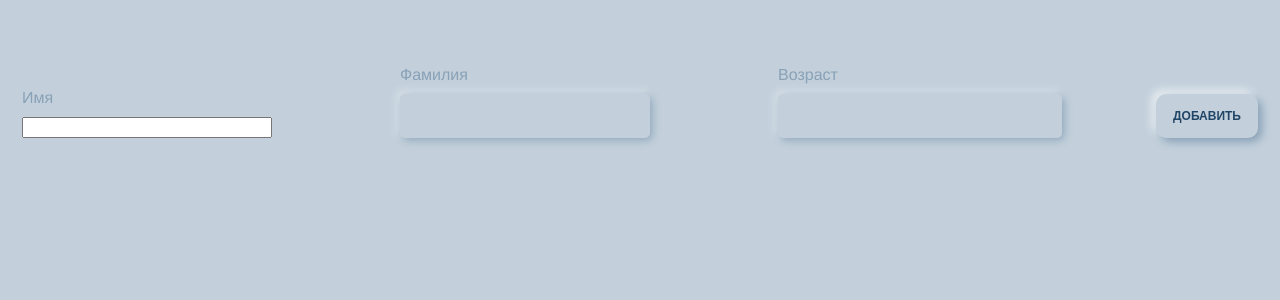
Repository: shum89/test-vue-table
Page: /
An editor plug-in stored every save of this project. The page is shown before and after the next save, followed by the edit.
The browser window is 1280 px wide. The pictures show the whole page.
The project was rebuilt for these pictures with package versions that can differ from the ones it lists, and the page was loaded fresh each time. Also part of the build but not shown: vue.config.js.

Above is the page before, as saved 2021-07-18 23:23:32.

### src/App.vue
<template>
  <FormCustom />
  <Table @remove="removeData" :list="list" />
</template>
<script>
import { uuid } from 'vue-uuid';
import { ref } from 'vue';
import FormCustom from './components/Form.vue';
import Table from './components/Table.vue';

export default {
  components: { FormCustom, Table },
  setup() {
    const list = ref([]);

    const normalizeString = (str) => {
      const result = str.charAt(0).toUpperCase() + str.slice(1).toLowerCase();
      return result;
    };

    const addData = (person) => {
      list.value.push({
        firstName: normalizeString(person.firstName),
        lastName: normalizeString(person.lastName),
        age: person.age,
        id: uuid.v1(),
      });
    };

    const removeData = (id) => {
      list.value = list.value.filter((i) => i.id !== id);
    };

    return {
      list,
      addData,
      removeData,
    };
  },
};
</script>
<script></script>

<style>
body {
  --base: #090e10;
  --base1: #ebeff3;
  --base2: #c3d0db;
  --base3: #88a1b7;
  --baseDark1: #396387;
  --baseDark2: #204566;
  --baseDark3: #152e44;
  --base-shadow: inset 0px 0px 0px var(--base3), inset 0px 0px 0px var(--base1),
    4px 4px 9px var(--base3), -4px -4px 9px var(--base1);
  --base-shadow-active: inset 4px 4px 9px var(--base3), inset -4px -4px 6px var(--base1),
    2px 2px 9px var(--base3), -2px -2px 9px var(--base1);
  --input-shadow: 2px 2px 9px var(--base3), -2px -2px 9px var(--base1);
  --input-shadow-active: inset 2px 2px 6px var(--base3), inset -2px -2px 6px var(--base1),
    1px 1px 6px var(--base3), -1px -1px 6px var(--base1);
  --shadow-transition: all 0.25s cubic-bezier(0.17, 0.67, 0.83, 0.67);
  background: var(--base2);
}
fieldset {
  border: none;
}
input:-webkit-autofill,
input:-webkit-autofill:hover,
input:-webkit-autofill:focus,
input:-webkit-autofill:active {
  -webkit-box-shadow: inset 1px 1px 1px 1000px transparent !important;
  background: -webkit-linear-gradient(
    top,
    rgba(255, 255, 255, 0) 0%,
    rgba(0, 174, 255, 0.04) 50%,
    rgba(255, 255, 255, 0) 51%,
    rgba(0, 174, 255, 0.03) 100%
  );
  box-shadow: var(--input-shadow-active);
}
#app {
  font-family: Avenir, Helvetica, Arial, sans-serif;
  -webkit-font-smoothing: antialiased;
  -moz-osx-font-smoothing: grayscale;
  text-align: center;
  color: #2c3e50;
  margin-top: 60px;
  box-sizing: border-box;
}
.table__row-group {
  display: flex;
  align-items: center;
  flex-direction: column;
}
.table__row {
  display: grid;
  gap: 5px;
  grid-template-columns: repeat(3, 1fr);
  justify-content: center;
  max-width: 500px;
  width: 100%;
}
</style>

### src/components/Form.vue
<template>
  <Form class="form" :validationSchema="schema" @submit="onSubmit">
    <fieldset class="form__fieldset">
      <TextInput name="firstName" type="text" label="Имя" />
      <!-- <label class="form__label" for="firstName">
        <span class="form__label-text">Имя</span>
        <span class="form__label-text">{{ errorMessage }}</span>
        <Field
          name="firstName"
          autocomplete="off"
          v-model="firstName"
          type="search"
          class="form__input"
          id="firstName"
        />
        <ErrorMessage class="invalid-feedback" name="contact.email" />
      </label> -->

      <label class="form__label" for="lastName">
        <span>Фамилия</span>
        <Field
          name="lastName"
          type="search"
          autocomplete="off"
          class="form__input"
          v-model="lastName"
          id="lastName"
        />
      </label>

      <label class="form__label" for="age">
        <span>Возраст</span>
        <Field
          name="age"
          autocomplete="off"
          class="form__input"
          v-model="age"
          type="number"
          id="age"
          min="0"
          step="1"
        />
      </label>

      <button class="form__submit" type="submit">Добавить</button>
    </fieldset>
  </Form>
</template>

<script>
import { Form, Field } from 'vee-validate';
import * as yup from 'yup';
import TextInput from './UI/TextInput.vue';

export default {
  setup() {
    const schema = yup.object().shape({
      firstName: yup.string().required('Поле Имя необходимо к заполнению'),
      lastName: yup.string().required('Поле Фамилия необходимо к заполнению'),
      age: yup.number().required('Поле Возраст необходимо к заполнению'),
    });

    const onSubmit = (values) => {
      console.log(JSON.stringify(values, null, 2));
    };

    return { onSubmit, schema };
  },

  name: 'FormCustom',
  components: { Form, Field, TextInput },
  inheritAttrs: false,
};
</script>

<style scoped>
.form {
  display: flex;
  width: 100%;
}
.form__label {
  display: flex;
  flex-direction: column;
  box-sizing: border-box;
  gap: 10px;
  color: var(--base3);
  flex: 1;
  max-width: 250px;
  text-align: left;
}
.form__label:focus-within {
  color: var(--baseDark2);
}
.form__input {
  border: none;
  appearance: none;
  color: var(--base3);
  width: 100%;
  border-radius: 10px;
  font-size: 15px;
  line-height: 20px;
  min-height: 20px;
  padding: 10px 15px;
  background: var(--base2);
  box-shadow: var(--input-shadow);
  border-radius: 5px;
  border: 2px solid;
  border-color: var(--base2);
  transition: var(--shadow-transition);
}
.form__input:focus-within {
  transition: var(--shadow-transition);
  box-shadow: var(--input-shadow-active);
  border-color: var(--baseDark3);
  outline: 0;
}
.form__fieldset {
  display: flex;
  justify-content: space-between;
  align-items: flex-end;
  flex: 1;
}
.form__submit {
  border-radius: 10px;
  padding: 10px 15px;
  max-width: 250px;
  font-size: 12px;
  line-height: 20px;
  font-weight: 900;
  text-transform: uppercase;
  transition: var(--shadow-transition);
  width: fit-content;
  color: var(--baseDark2);
  background: var(--base2);
  border: 2px solid var(--base2);
  box-shadow: var(--base-shadow);
}
.form__submit:active {
  outline: none;
  box-shadow: var(--base-shadow-active);
  color: var(--baseDark2);
  border-color: var(--base3);
}
.form__submit:focus {
  outline: none;
  border-color: var(--base3);
}
</style>

### src/components/Table.vue
<template>
  <div v-if="list.length > 0" class="table" role="grid" aria-colcount="3">
    <div class="table__row-group" role="rowgroup">
      <div class="table__row" role="row">
        <span role="columnheader" aria-colindex="1">First Name</span>
        <span role="columnheader" aria-colindex="2">Last Name</span>
        <span role="columnheader" aria-colindex="3">Age</span>
      </div>
    </div>
    <div class="table__row-group" role="rowgroup">
      <div class="table__row" v-for="listItems in list" :key="listItems.id" role="row">
        <div aria-colindex="1" role="gridcell">
          <span> {{ listItems.firstName }}</span>
        </div>
        <div aria-colindex="2" role="gridcell">
          <span> {{ listItems.lastName }}</span>
        </div>
        <div aria-colindex="3" role="gridcell">
          <span>{{ listItems.age }}</span>
        </div>
        <button @click="removeData(listItems.id)">X</button>
      </div>
    </div>
  </div>
</template>

<script>
export default {
  props: {
    list: Array,
  },
  setup(_, { emit }) {
    const removeData = (id) => {
      emit('remove', id);
    };
    return { removeData };
  },
  name: 'Table',
};
</script>

<style></style>

### src/components/UI/TextInput.vue
<template>
  <label :for="name" class="form__label">
    <span class="form__label-text">{{ label }}</span>
    <input
      :name="name"
      :id="name"
      :type="type"
      :value="inputValue"
      :placeholder="placeholder"
      @input="handleChange"
      @blur="handleBlur"
      @keypress="keypress"
    />
    <p class="form__label-text" v-show="errorMessage">
      {{ errorMessage }}
    </p>
  </label>
</template>

<script>
import { useField } from 'vee-validate';

export default {
  name: 'TextInput',
  props: {
    type: {
      type: String,
      default: 'text',
    },
    value: {
      type: String,
      default: '',
    },
    name: {
      type: String,
      required: true,
    },
    label: {
      type: String,
      required: true,
    },
    placeholder: {
      type: String,
      default: '',
    },
  },
  setup(props) {
    const {
      value: inputValue,
      errorMessage,
      handleBlur,
      handleChange,
      meta,
    } = useField(props.name, {
      initialValue: props.value,
    });
    const keypress = (e) => {
      if (e.key === '.' || e.key === ',' || e.key === 'e') {
        e.preventDefault();
      }
    };
    return {
      keypress,
      handleChange,
      handleBlur,
      errorMessage,
      inputValue,
      meta,
    };
  },
};
</script>

<style scoped>
.form__label {
  display: flex;
  flex-direction: column;
  box-sizing: border-box;
  gap: 10px;
  color: var(--base3);
  flex: 1;
  max-width: 250px;
  text-align: left;
}
.form__label:focus-within {
  color: var(--baseDark2);
}
.form__input {
  border: none;
  appearance: none;
  color: var(--base3);
  width: 100%;
  border-radius: 10px;
  font-size: 15px;
  line-height: 20px;
  min-height: 20px;
  padding: 10px 15px;
  background: var(--base2);
  box-shadow: var(--input-shadow);
  border-radius: 5px;
  border: 2px solid;
  border-color: var(--base2);
  transition: var(--shadow-transition);
}
.form__input:focus-within {
  transition: var(--shadow-transition);
  box-shadow: var(--input-shadow-active);
  border-color: var(--baseDark3);
  outline: 0;
}
</style>

Loaded but not shown: public/index.html (common file); src/main.js (common file)

After the next save:
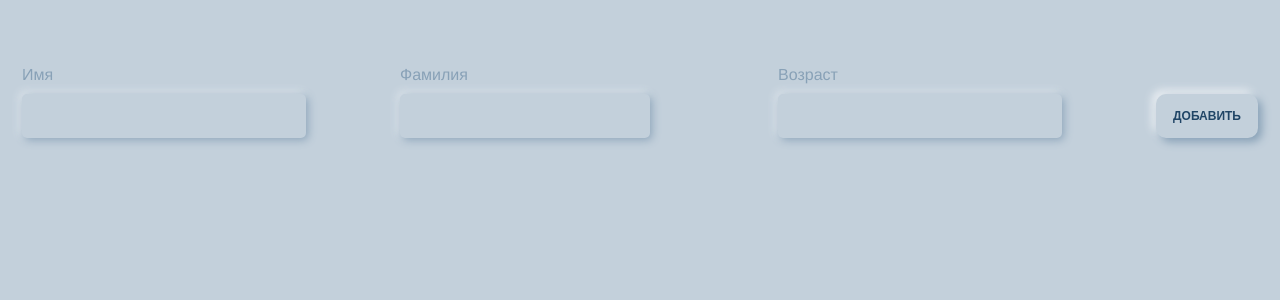
Saved 30 s later.
--- a/src/components/UI/TextInput.vue
+++ b/src/components/UI/TextInput.vue
@@ -10,6 +10,7 @@
       @input="handleChange"
       @blur="handleBlur"
       @keypress="keypress"
+      class="form__input"
     />
     <p class="form__label-text" v-show="errorMessage">
       {{ errorMessage }}
